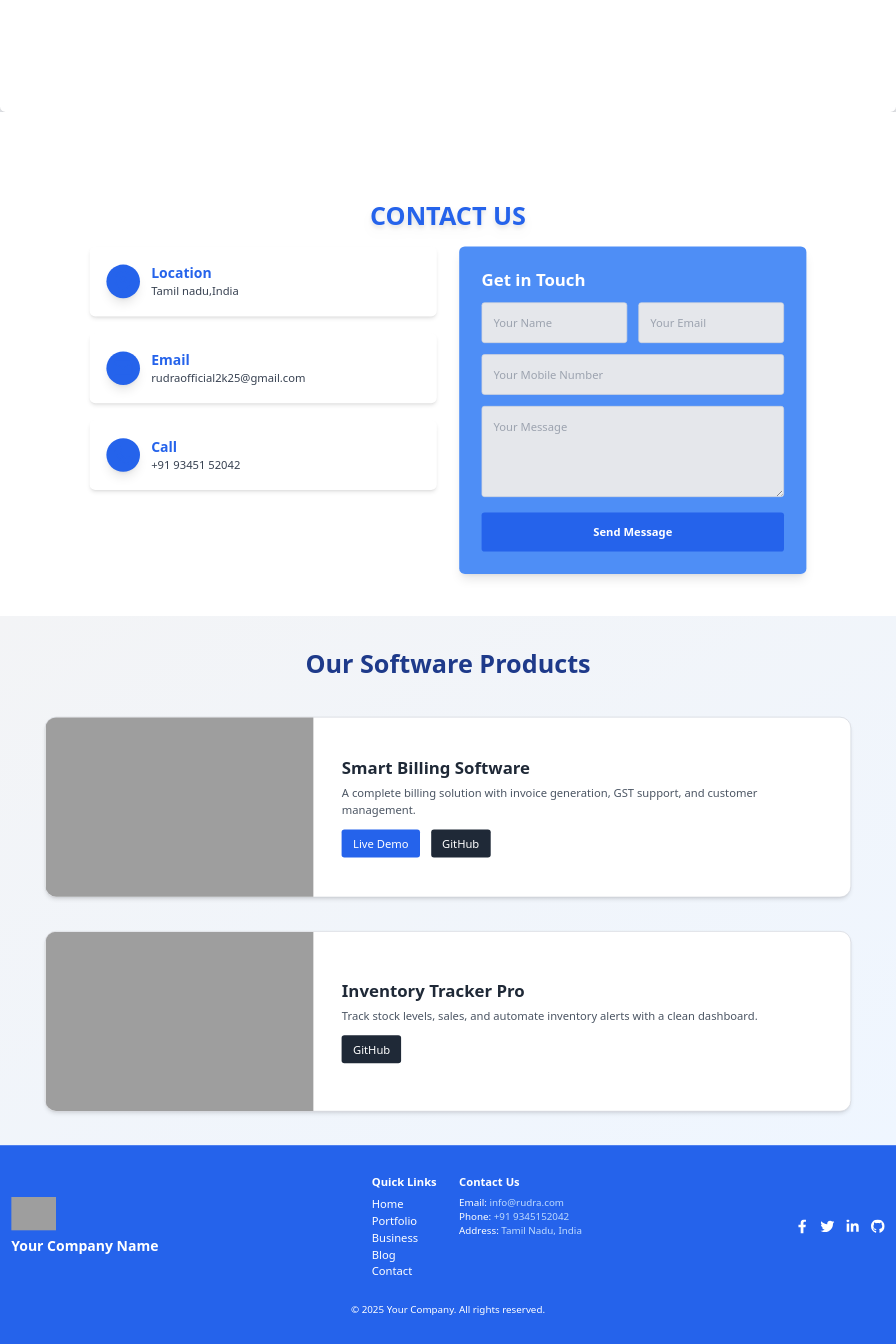
Repository: Rudra-Eswaran/Rudra_Official
Page: /
An editor plug-in stored every save of this project. The page is shown before and after the next save, followed by the edit.
The browser window is 1280 px wide. The pictures show the part of the page from y = 1360 to 3280 px (the page is 3280 px tall before and 3272 px after), at 70% of full size.
Pictures or frames that could not be fetched are drawn as grey boxes. Some web libraries are served in a nearby version. The project was rebuilt for these pictures with package versions that can differ from the ones it lists, and the page was loaded fresh each time. Also part of the build but not shown: vite.config.js.

Above is the page before, as saved 2025-04-16 20:14:28.

After the next save:
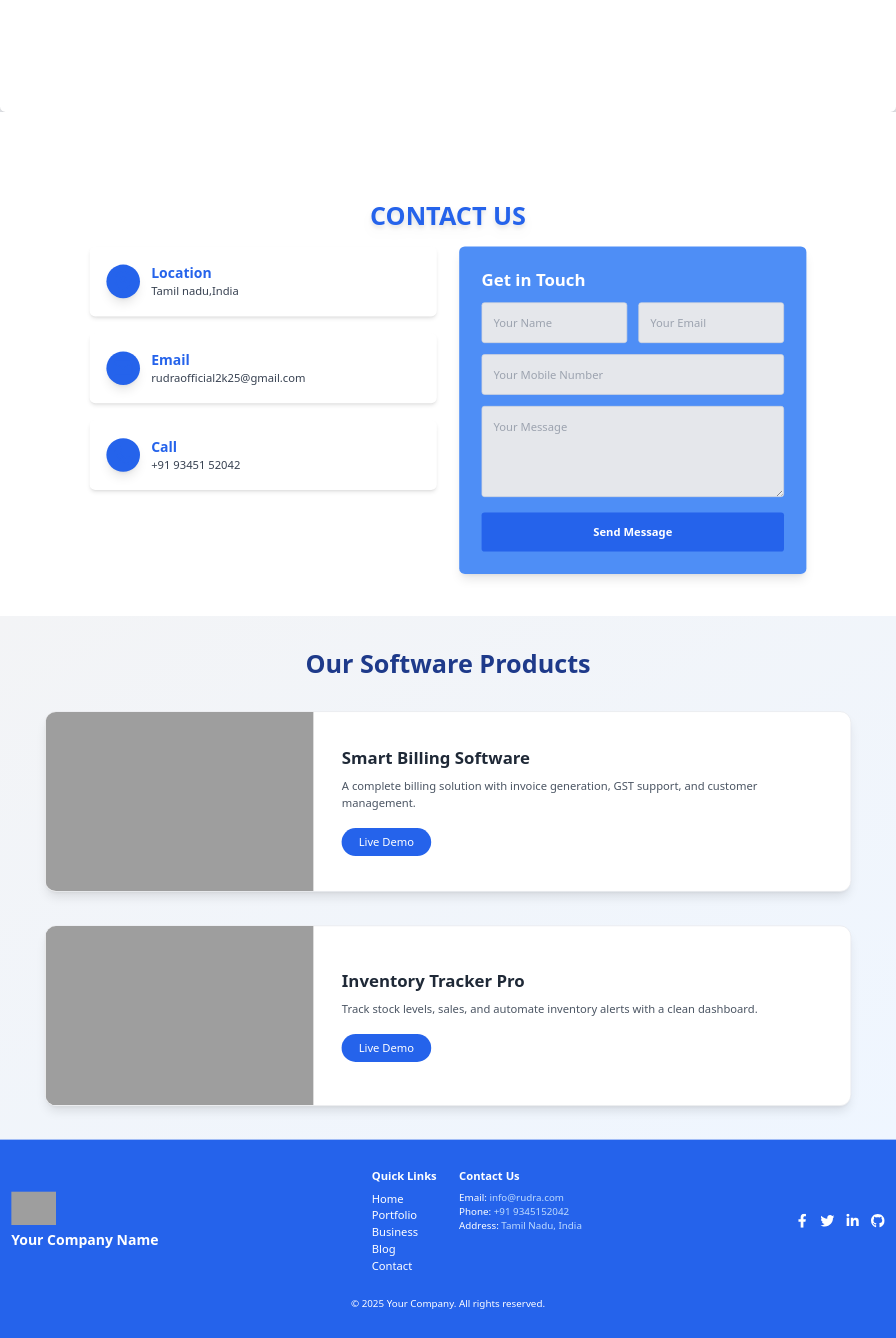
Saved 1 s later.
--- a/src/pages/Products.jsx
+++ b/src/pages/Products.jsx
@@ -1,51 +1,48 @@
-import React from 'react';
+import React, { useEffect } from 'react';
+import AOS from 'aos';
+import 'aos/dist/aos.css';
 import products from '../productData.json';
 
 const Products = () => {
+  useEffect(() => {
+    AOS.init({ duration: 1000 });
+  }, []);
+
   return (
-    <div className="min-h-screen bg-gradient-to-br from-gray-100 to-blue-50 py-12 px-6 md:px-16">
-      <h1 className="text-4xl font-bold text-center mb-14 text-blue-900">Our Software Products</h1>
+    <div className="min-h-screen bg-gradient-to-br from-gray-100 to-blue-50 py-12 px-4 md:px-16">
+      <h1 className="text-4xl font-extrabold text-center text-blue-900 mb-12">
+        Our Software Products
+      </h1>
 
       <div className="space-y-12">
         {products.map((product, index) => (
           <div
             key={index}
-            className="flex flex-col md:flex-row items-center bg-white border border-gray-300 rounded-2xl shadow-md overflow-hidden transform transition-all duration-500 hover:scale-[1.02]"
+            data-aos="fade-up"
+            className="flex flex-col md:flex-row items-center bg-white border border-gray-200 rounded-2xl shadow-lg overflow-hidden hover:shadow-2xl transition-all duration-500"
           >
-            {/* Image on left */}
+            {/* Product Image */}
             <img
               src={product.image}
               alt={product.name}
               className="w-full md:w-1/3 h-64 object-cover"
             />
 
-            {/* Text on right */}
+            {/* Product Details */}
             <div className="p-6 md:p-10 w-full md:w-2/3 text-center md:text-left">
-              <h2 className="text-2xl font-bold text-gray-800 mb-2">{product.name}</h2>
-              <p className="text-gray-600 text-md mb-4">{product.description}</p>
+              <h2 className="text-2xl font-bold text-gray-800">{product.name}</h2>
+              <p className="text-gray-600 mt-3">{product.description}</p>
 
-              {/* Action buttons */}
-              <div className="flex justify-center md:justify-start space-x-4">
-                {product.demo && (
-                  <a
-                    href={product.demo}
-                    target="_blank"
-                    rel="noopener noreferrer"
-                    className="bg-blue-600 text-white px-4 py-2 rounded hover:bg-blue-700 transition"
-                  >
-                    Live Demo
-                  </a>
-                )}
-                {product.github && (
-                  <a
-                    href={product.github}
-                    target="_blank"
-                    rel="noopener noreferrer"
-                    className="bg-gray-800 text-white px-4 py-2 rounded hover:bg-black transition"
-                  >
-                    GitHub
-                  </a>
-                )}
+              {/* Live Demo Button */}
+              <div className="mt-6 flex justify-center md:justify-start">
+                <a
+                  href={product.demo || '#'}
+                  target="_blank"
+                  rel="noopener noreferrer"
+                  className="bg-blue-600 text-white px-6 py-2 rounded-full hover:bg-blue-700 transition-all duration-300"
+                >
+                  Live Demo
+                </a>
               </div>
             </div>
           </div>
